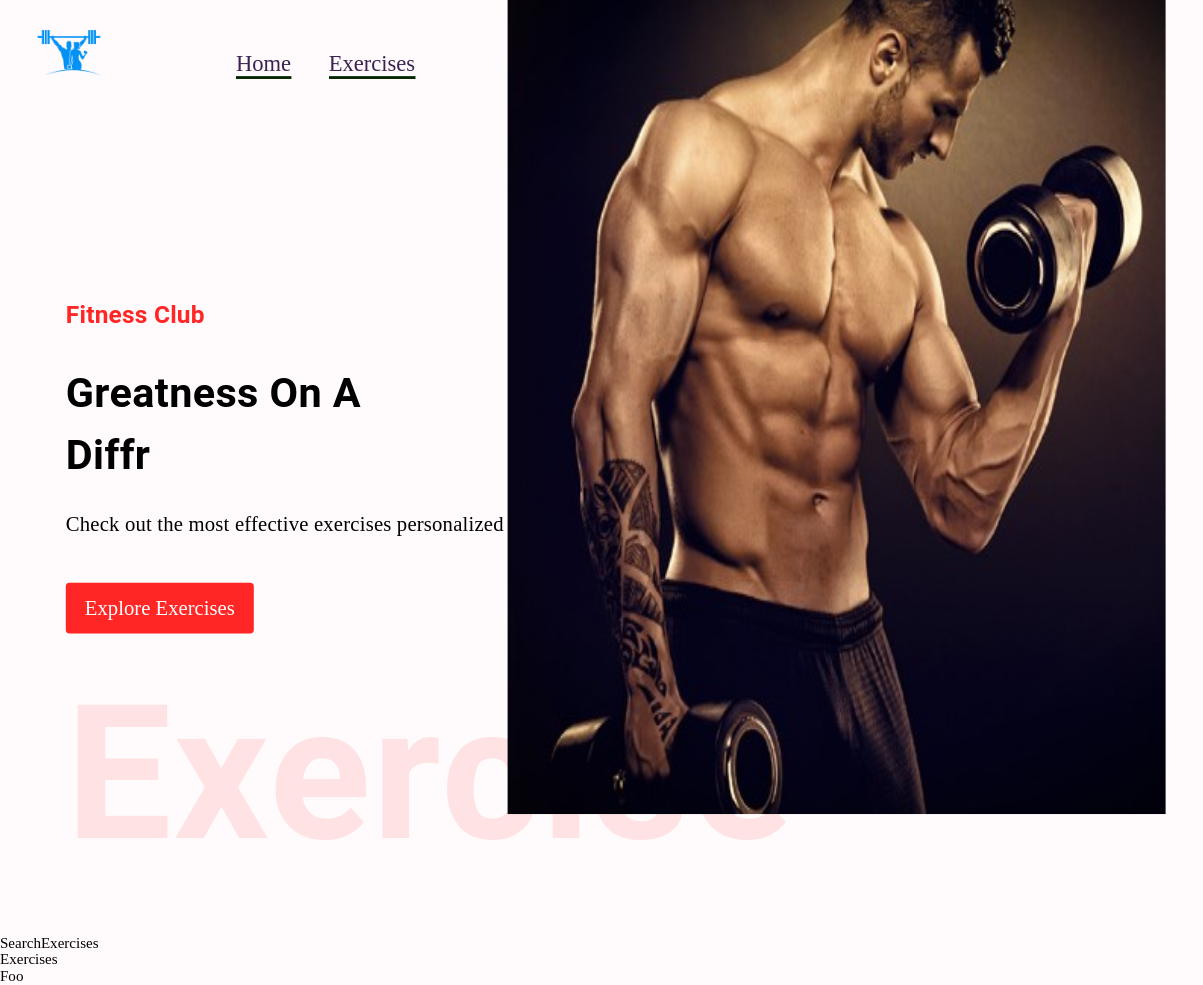
Repository: MhlengiNgubane/Workout-App
Page: /
An editor plug-in stored every save of this project. The page is shown before and after a run of saves, followed by the edit.
The browser window is 1280 px wide. The pictures show the whole page, at 94% of full size.
The project was rebuilt for these pictures with package versions that can differ from the ones it lists, and the page was loaded fresh each time. Also part of the build but not shown: src/pages/ExerciseDetail.js.

Above is the page before, as saved 2022-07-31 19:57:37.

After the next 2 saves:
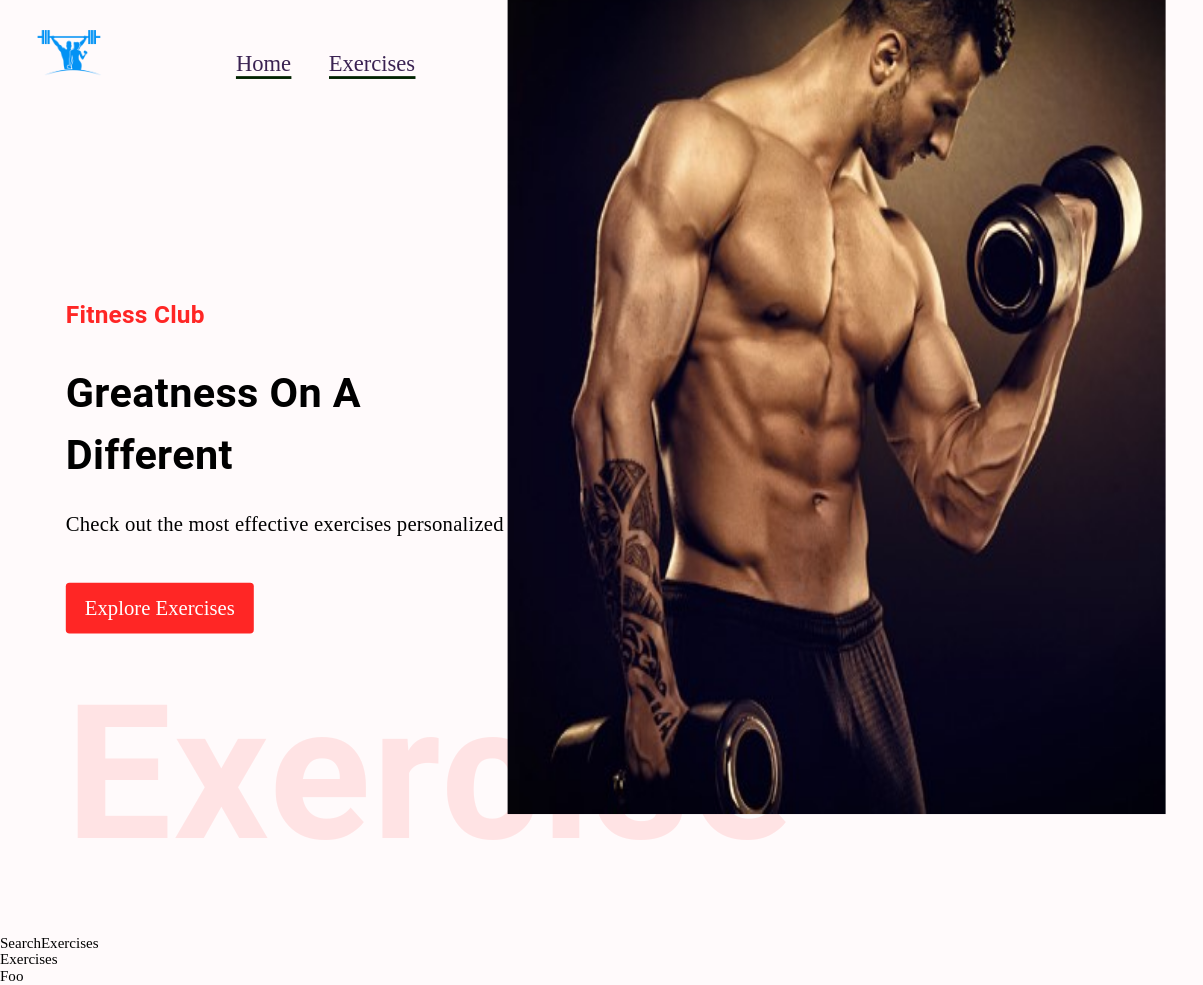
The 2 saves are shown as one change because they came seconds apart.
The last was saved 7 s later.
--- a/src/components/HeroBanner.js
+++ b/src/components/HeroBanner.js
@@ -8,7 +8,7 @@ const HeroBanner = () => (
     <Typography color="#FF2625" fontWeight="600" fontSize="26px">Fitness Club</Typography>
     <Typography fontWeight={700} sx={{ fontSize: { lg: '44px', xs: '40px' } }} mb="23px" mt="30px">
       Greatness On A <br />
-      Diffr
+      Different
     </Typography>
     <Typography fontSize="22px" fontFamily="Alegreya" lineHeight="35px">
       Check out the most effective exercises personalized to you
